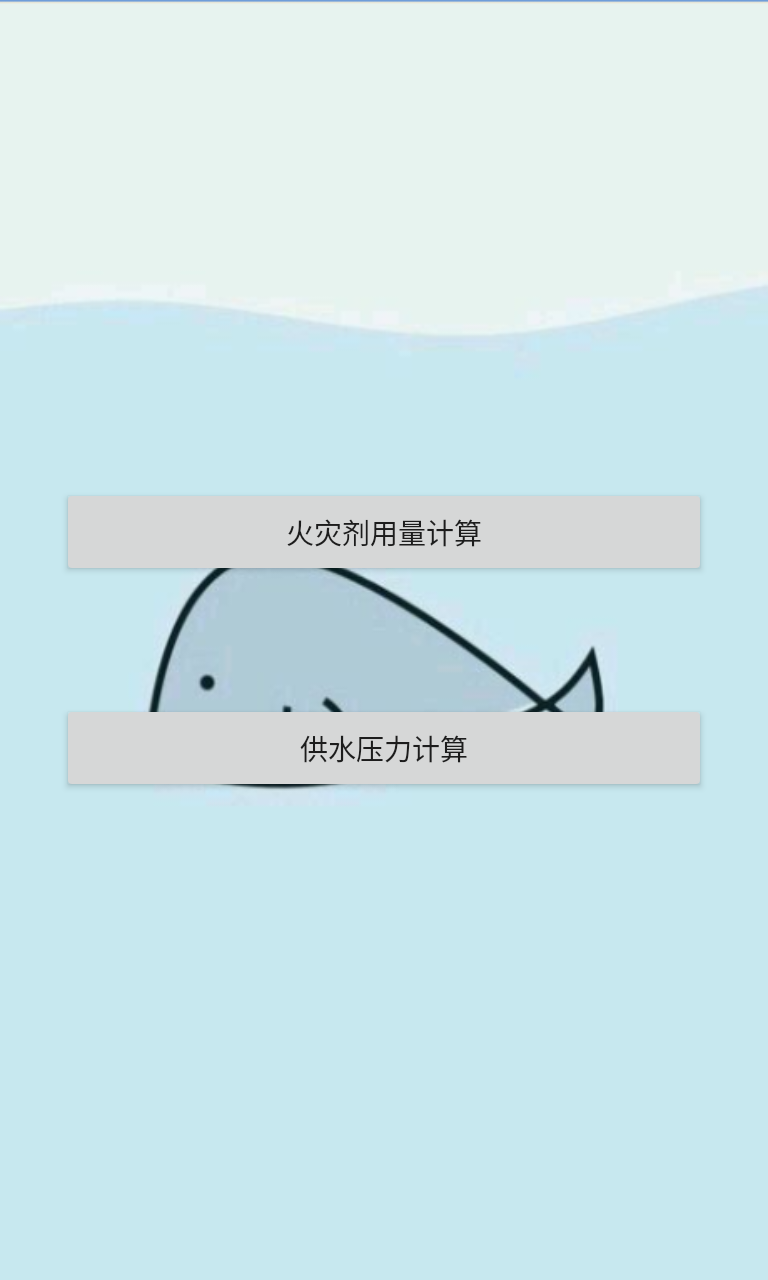
Repository: hohoTT/fireWork_handle_app
Layout: fireWork_handle_app/res/layout/fire_calculate.xml
These files come from the project's save history. The layout is drawn as it stood at one moment and after the next save; the edit follows.
It is drawn on a 768 x 1280 px phone screen (xhdpi) without system bars, with theme AppTheme; the app's code is not run.

Above is the layout before, as saved 2016-03-06 11:39:02.

### fireWork_handle_app/res/layout/fire_calculate.xml
<?xml version="1.0" encoding="utf-8"?>
<LinearLayout xmlns:android="http://schemas.android.com/apk/res/android"
    android:layout_width="match_parent"
    android:layout_height="match_parent"
    android:gravity="center_vertical"
    android:orientation="vertical"
    android:background="@drawable/bg1">

    <Button
        android:id="@+id/btu_fire_agent"
	    android:layout_width="match_parent"
	    android:layout_height="wrap_content"
	    android:layout_margin="30dp"
	    android:text="@string/fire_agent" />

    <Button
        android:id="@+id/btu_water_power"
	    android:layout_width="match_parent"
	    android:layout_height="wrap_content"
	    android:layout_margin="30dp"
	    android:text="@string/btu_water_power" />

</LinearLayout>

### fireWork_handle_app/res/values/strings.xml
<?xml version="1.0" encoding="utf-8"?>
<resources>

    <string name="app_name">fireWork_handle_app</string>
    <string name="fire_calculate">现场计算</string>
    <string name="fire_agent">火灾剂用量计算</string>
    <string name="fire_plan">火灾预案</string>
    <string name="normal_fire">一般火灾计算</string>
    <string name="normal_fire_result">一般火灾用水量计算结果</string>
    <string name="oilcan_fire">油罐火灾情况下的计算</string>
    <string name="olican_fire_water">冷却用水量计算</string>
    <string name="olican_fire_foam">泡沫用量计算</string>
    <string name="olican_fire_water_result">该油罐火灾用水量计算结果</string>
    <string name="oilcan_fire_foam_result">该油罐火灾泡沫用量计算结果</string>
    <string name="water_power">供水压力计算</string>
    <string name="water_power_fire">火场供水压力计算</string>
    <string name="water_power_pump">水泵接合器供水技术计算</string>
    <string name="water_power_fire_building">建筑火灾供水压力计算</string>
    <string name="water_power_fire_building_result">建筑火灾火场供水压力计算结果</string>
    <string name="water_power_fire_oilcan">油罐火灾供水压力计算</string>
    <string name="water_power_fire_oilcan_result">油罐火灾供水压力计算结果</string>
    <string name="water_power_pump_low">建高小于50米的供水压力计算</string>
    <string name="water_power_pump_low_result">建高小于50米的供水压力计算结果</string>
    <string name="water_power_pump_high">建高高于50米的供水压力计算</string>
    <string name="water_power_pump_high_result">建高高于50米的供水压力计算结果</string>


    <string name="btu_water_power">供水压力计算</string>
    <string name="btu_oilcan_fire">油罐火灾计算</string>
    <string name="fire_area">请输入过火面积</string>
    <string name="olican_diameter">请输入油罐直径</string>
    <string name="text_olican_type">请选择您需要计算的油罐类型:</string>
    <string name="olican_type_fixed">固定顶油罐</string>
    <string name="olican_type_drift">浮顶油罐</string>
    <string name="olican_fire_foam_area">请输入油罐的燃烧面积</string>
    <string name="olican_fire_foam_flow">请输入流量</string>
    <string name="water_power_fire_building_count_feeder">请输入一条干线支线的数量</string>
    <string name="water_power_fire_building_count_groundline_band">请输入一条干线水带数量</string>
    <string name="water_power_fire_building_count_feeder_band">请输入一条支线水带数量</string>
    <string name="water_power_fire_building_height">请输入高度差</string>

    <string name="water_power_fire_oilcan_count_feeder">请输入一条干线支线的数量</string>
    <string name="water_power_fire_oilcan_count_groundline_band">请输入一条干线水带数量</string>
    <string name="water_power_fire_oilcan_count_feeder_band">请输入一条支线水带数量</string>
    <string name="water_power_fire_oilcan_height">请输入高度差</string>
    <string name="water_power_pump_low_height">请输入建筑高度(小于50米)</string>
    <string name="water_power_pump_high_height">请输入建筑高度(大于50米)</string>



    <string name="text_water">一般火灾中每秒的用水量为 : </string>
    <string name="text_fire_time">10吨消防车可持续灭火的时间为 : </string>
    <string name="text_oilcan_fire_water">该油罐火灾中每秒的用水量为 : </string>
    <string name="text_oilcan_fire_foam_water">该油罐火灾中水的用量为 : </string>
    <string name="text_oilcan_fire_form_stoste">该油罐火灾中泡沫原液的用量为 : </string>
    <string name="text_water_power_fire_building_65">65mm水带建筑火灾的供水压力为 : </string>
    <string name="text_water_power_fire_building_80">80mm水带建筑火灾的供水压力为 : </string>
    <string name="text_water_power_fire_oilcan_65">65mm水带油罐火灾的供水压力为 : </string>
    <string name="text_water_power_fire_oilcan_80">80mm水带油罐火灾的供水压力为 :</string>
    <string name="test_water_power_pump_low_height">该建筑高度下的供水压力为 :</string>
    <string name="test_water_power_pump_high_height">该建筑高度下的供水压力为 :</string>


    <string name="btn_send">提交</string>

    <string name="hello_world">Hello world!</string>
    <string name="action_settings">Settings</string>





</resources>

### fireWork_handle_app/res/drawable/shape_one.xml
<?xml version="1.0" encoding="utf-8"?>
<shape
    xmlns:android="http://schemas.android.com/apk/res/android"

  android:shape="oval">

    <!-- 填充的颜色 -->

    <solid android:color="#EED5B7"/>

     <!-- 设置按钮的四个角为弧形 -->

     <!-- android:radius 弧形的半径 -->

     <corners android:radius="360dip"/>



     <!-- padding: Button 里面的文字与Button边界的间隔 -->

     <padding

        android:left="10dp"

        android:top="10dp"

        android:right="10dp"

        android:bottom="10dp"

     />

</shape>

Loaded but not shown: fireWork_handle_app/res/values/styles.xml (common file); fireWork_handle_app/res/values-v11/styles.xml (common file); fireWork_handle_app/res/values-v14/styles.xml (common file)

After the next save:
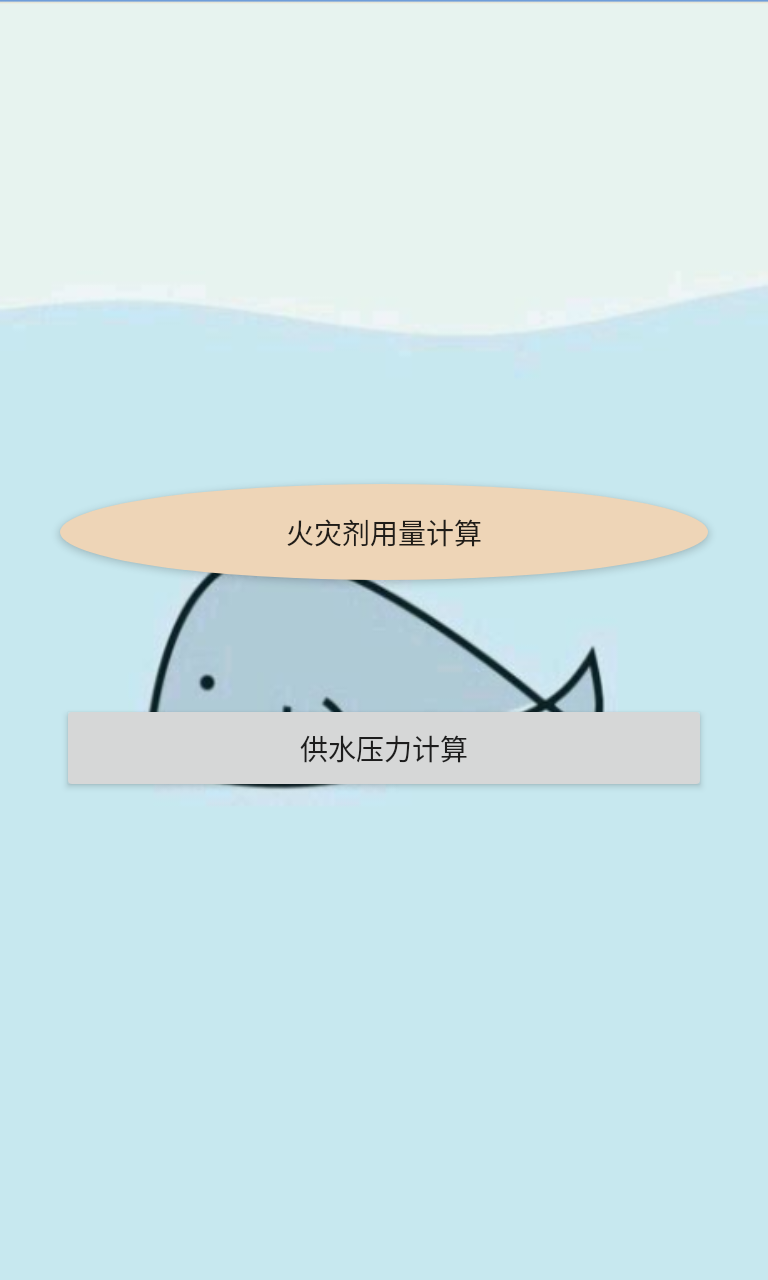
Saved 2 min 24 s later.
--- a/fireWork_handle_app/res/layout/fire_calculate.xml
+++ b/fireWork_handle_app/res/layout/fire_calculate.xml
@@ -11,7 +11,8 @@
 	    android:layout_width="match_parent"
 	    android:layout_height="wrap_content"
 	    android:layout_margin="30dp"
-	    android:text="@string/fire_agent" />
+	    android:text="@string/fire_agent"
+	    android:background="@drawable/shape_one" />
 
     <Button
         android:id="@+id/btu_water_power"
